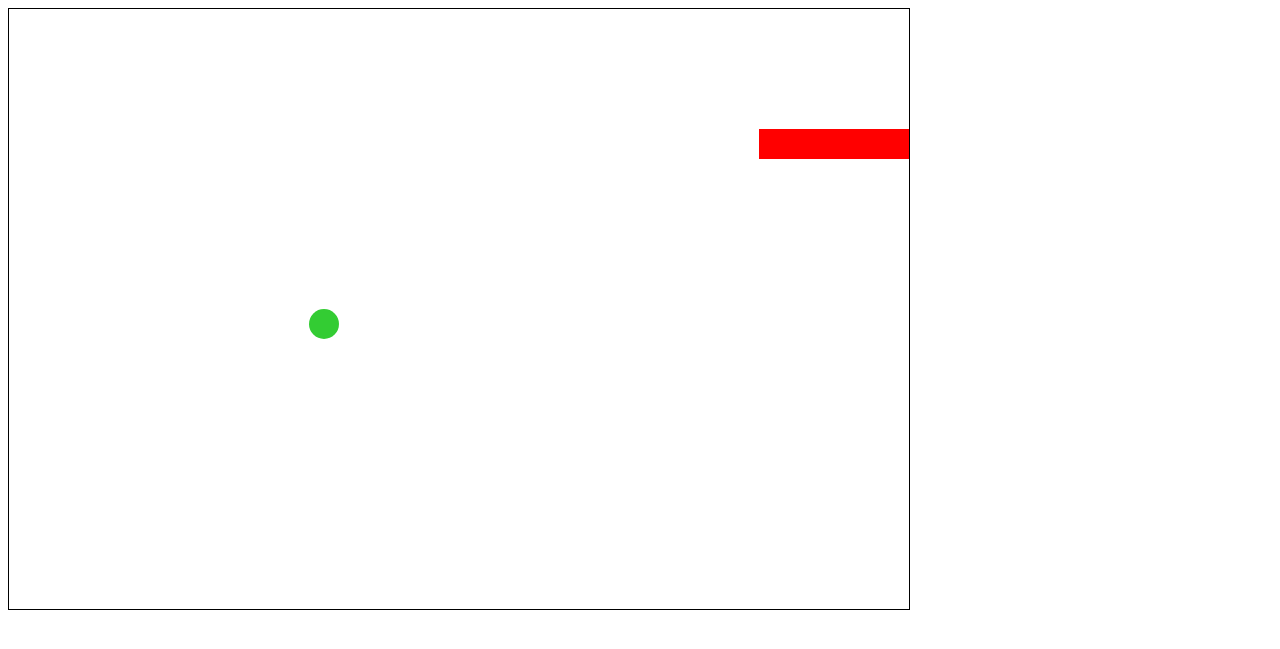
Repository: Loetitia27006/snake
Page: index.html
An editor plug-in stored every save of this project. The page is shown before and after the next save, followed by the edit.
The browser window is 1280 px wide. The pictures show the whole page.

Above is the page before, as saved 2023-03-24 15:48:27.
Console error: ReferenceError: gameOver is not defined

### index.html
<!DOCTYPE html>
<html lang="en">
<head>
    <meta charset="UTF-8">
    <meta http-equiv="X-UA-Compatible" content="IE=edge">
    <meta name="viewport" content="width=device-width, initial-scale=1.0">
    <title>Snake Game</title>
</head>
<body>

</body>
<script src="script.js"></script>
</html>

### script.js
window.onload = function () {
  var canvasWidth = 900;
  var canvasHeight = 600;
  var blockSize = 30;
  var ctx;
  var delay = 100;
  var snakee;
  var applee;
  var widthInBlocks = canvasWidth/blockSize;
  var heightInBlocks = canvasHeight/blockSize;

  init();

  function init() {
    var canvas = document.createElement("canvas");
    canvas.width = canvasWidth;
    canvas.height = canvasHeight;
    canvas.style.border = "1px solid";
    document.body.appendChild(canvas);
    ctx = canvas.getContext("2d");
    snakee = new Snake([[6, 4],[5, 4],[4, 4],[3, 4], [2, 4]], "right");
    applee = new Apple([10, 10]);
    refreshCanvas();
  }

  function refreshCanvas() {
    snakee.advance();
    if(snakee.checkCollision()){
        gameOver();
    }else{
      if(snakee.isEatingApple(applee)){
        snakee.ateApple = true;
        do{
          applee.setNewPosition();
        }while(applee.isOnSnake(snakee))
      }
      ctx.clearRect(0, 0, canvasWidth, canvasHeight);
      snakee.draw();
      applee.draw();
      setTimeout(refreshCanvas, delay);
    }

  }

  function drawBlock(ctx, position){
    var x = position[0] * blockSize;
    var y = position[1] * blockSize;
    ctx.fillRect(x, y, blockSize, blockSize)
  }

  function Snake(body, direction) {
    this.body = body;
    this.direction = direction
    this.ateApple = false;
    this.draw = function () {
      ctx.save();
      ctx.fillStyle = "#ff0000";
      for (var i = 0; i < this.body.length; i++) {
        drawBlock(ctx, this.body[i]);
      }
      ctx.restore();
    };
    this.advance = function () {
        var nextPosition = this.body[0].slice();
        switch (this.direction) {
          case "left":
            nextPosition[0] -= 1;
            break;
          case "right":
            nextPosition[0] += 1;
            break;
          case "down":
            nextPosition[1] += 1;
            break;
          case "up":
            nextPosition[1] -= 1;
            break;
          default:
            throw("Invalid direction" + this.direction);
        }
        this.body.unshift(nextPosition);
        if(!this.ateApple)
          this.body.pop();
        else
          this.ateApple = false;
    };
    this.setDirection= function(newDirection) {
      var allowedDirection;
      switch (this.direction) {
        case "left":
        case "right":
          allowedDirection = ["up", "down"];
          break;
        case "down":
        case "up":
          allowedDirection = ["left", "right"];
          break;
        default:
          throw("invalid direction: " + this.direction);
      }
      if(allowedDirection.indexOf(newDirection)>-1){
        this.direction = newDirection;
      }
    }
    this.checkCollision = function(){
      var wallCollision = false;
      var snakeCollision = false;
      var head = this.body[0];
      var rest = this.body.slice(1);
      var snakeX = head[0];
      var snakeY = head[1];
      var minX = 0;
      var minY = 0;
      var maxX = widthInBlocks - 1;
      var maxY = heightInBlocks - 1;
      var isNotBetweenHorizontalWalls = snakeX < minX || snakeX > maxX;
      var isNotBetweenVerticalWalls = snakeY < minY || snakeY > maxY;

      if(isNotBetweenHorizontalWalls || isNotBetweenVerticalWalls) {
        wallCollision = true;
      }
      for(var i = 0; i < rest.length; i++) {
        if(snakeX === rest[i][0] && snakeY === rest[i][1]) {
          snakeCollision = true;
      }
    }
    return wallCollision || snakeCollision;
  };
  this.isEatingApple = function (appleToEat) {
    var head = this.body[0];
    if (
      head[0] === appleToEat.position[0] &&
      head[1] === appleToEat.position[1]
    ) {
      return true;
    } else {
      return false;
    }
  };
}
  function Apple(position){
    this.position = position;
    this.draw = function(){
      ctx.save();
      ctx.fillStyle = "#33cc33";
      var radius = blockSize/2;
      var x = this.position[0]*blockSize + radius;
      var y = this.position[1]*blockSize + radius;
      ctx.beginPath();
      ctx.arc(x, y, radius, 0, Math.PI*2, true);
      ctx.fill();
      ctx.restore();
    }
    this.setNewPosition = function(){
      var newX = Math.round(Math.random()*(widthInBlocks - 1));
      var newY = Math.round(Math.random()*(heightInBlocks - 1));
      this.position = [newX, newY];
    }
    this.isOnSnake = function(snakeToCheck){
      var isOnSnake = false;
      for(var i=0; i< snakeToCheck.body.length; i++){
        if (this.position[0]=== snakeToCheck.body[i][0] && this.position[1]=== snakeToCheck.body[i][1]){
          isOnSnake = true;
        }
      }
      return isOnSnake;
    }
  }

  document.onkeydown = function handleKeyDown(e) {
    var key = e.keyCode;
    var newDirection;
    switch (key) {
      case 37:
        newDirection = "left";
        break;
      case 38:
        newDirection = "up";
        break;
      case 39:
        newDirection = "right";
        break;
      case 40:
        newDirection = "down";
        break;
      default:
        return;
    }
    snakee.setDirection(newDirection);
  };
};

After the next save:
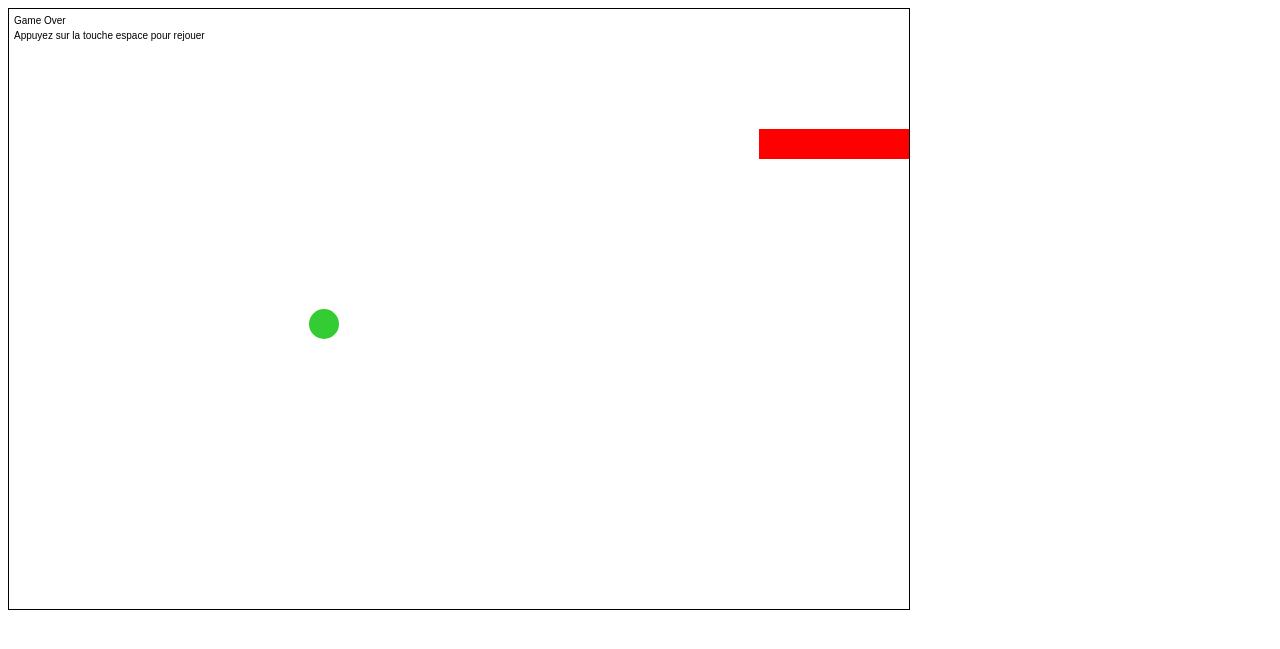
The error is gone.
Saved 7 min 31 s later.
--- a/script.js
+++ b/script.js
@@ -40,6 +40,12 @@ window.onload = function () {
       setTimeout(refreshCanvas, delay);
     }
 
+  }
+  function gameOver(){
+    ctx.save();
+    ctx.fillText("Game Over", 5, 15);
+    ctx.fillText("Appuyez sur la touche espace pour rejouer",5 ,30)
+    ctx.restore();
   }
 
   function drawBlock(ctx, position){
